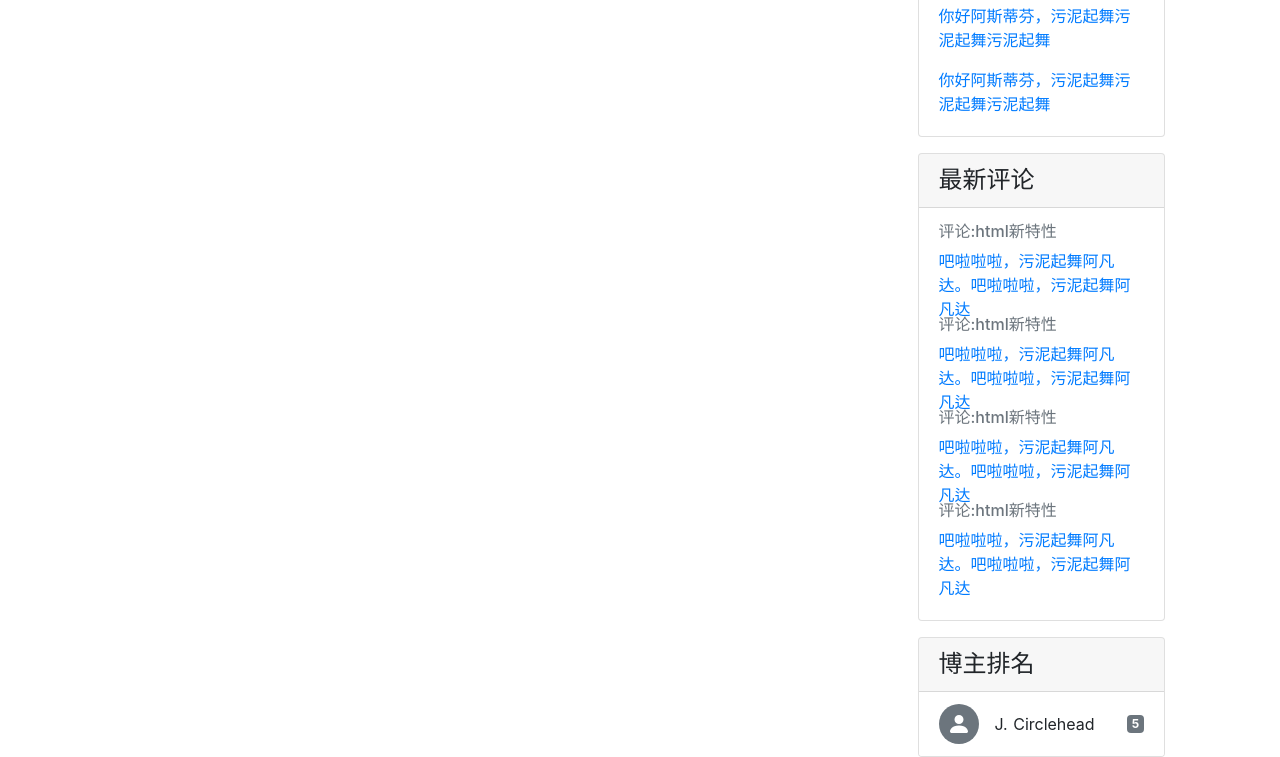
Repository: MTTTM/nuxt-xiaomatata
Page: /
These files come from the project's save history. The page is drawn as it stood at one moment and after the next save; the edit follows.
The browser window is 1280 px wide. The pictures show the part of the page from y = 879 to 1831 px (the page is 1636 px tall before and 1831 px after).
The project was rebuilt for these pictures with package versions that can differ from the ones it lists, and the page was loaded fresh each time. The framework's server and built-in components were replaced by stand-ins that run in the browser. Also part of the build but not shown: nuxt.config.js, components/Logo.vue, components/aboutMe.vue, components/articleListItem.vue, components/bloggerRanking.vue, components/carouselBox.vue, components/classifyList.vue, components/commentBox.vue and 7 more. Imported but missing from the stored project, and not drawn on this page: components/cmSpinner, mixins/scrollLoad.

Above is the page before, as saved 2021-04-10 12:09:22.

After the next save:
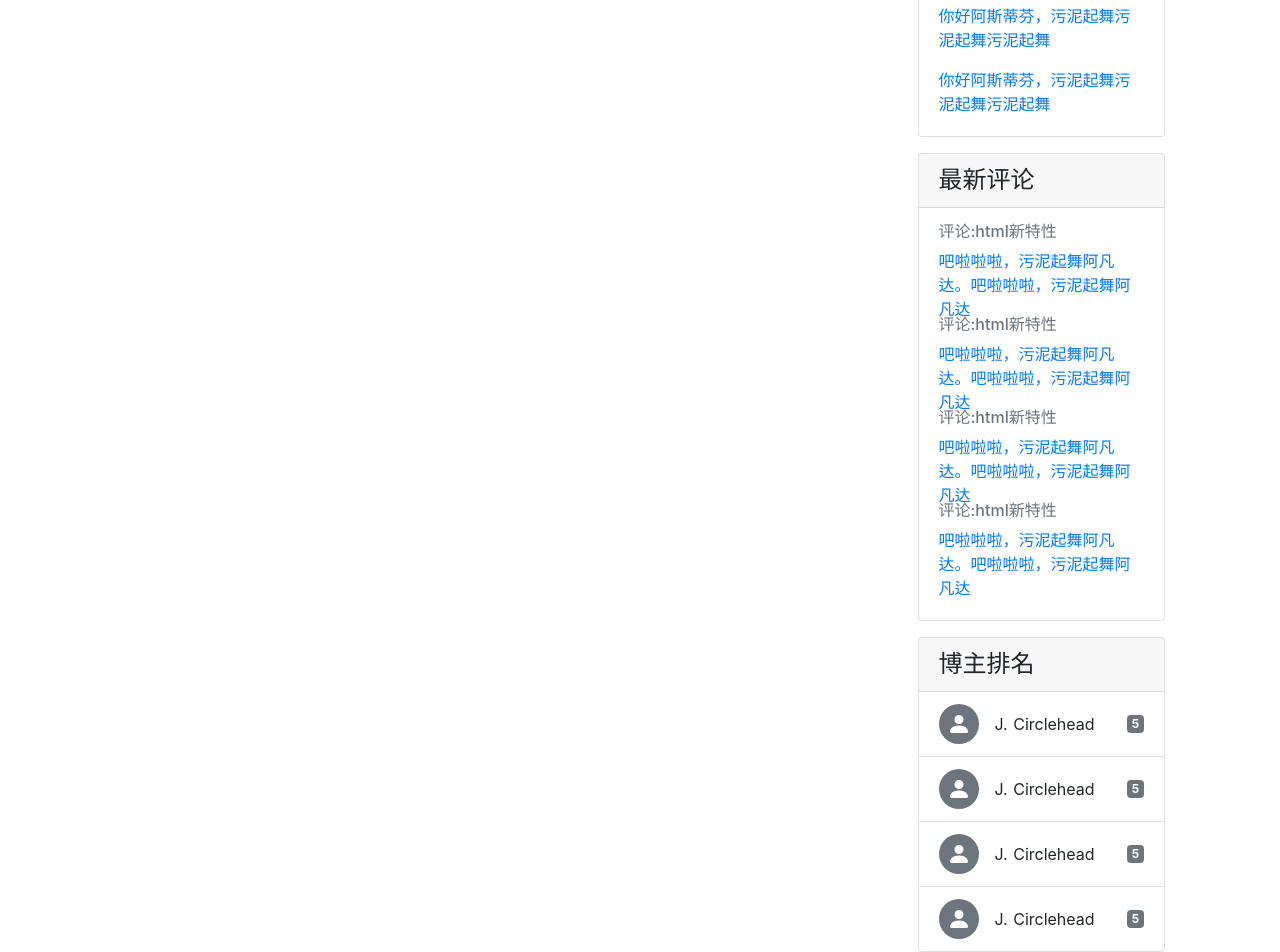
Saved 5 s later.
--- a/pages/index.vue
+++ b/pages/index.vue
@@ -141,6 +141,21 @@
                 <span class="mr-auto">J. Circlehead</span>
                 <b-badge>5</b-badge>
               </b-list-group-item>
+              <b-list-group-item class="d-flex align-items-center">
+                <b-avatar class="mr-3"></b-avatar>
+                <span class="mr-auto">J. Circlehead</span>
+                <b-badge>5</b-badge>
+              </b-list-group-item>
+              <b-list-group-item class="d-flex align-items-center">
+                <b-avatar class="mr-3"></b-avatar>
+                <span class="mr-auto">J. Circlehead</span>
+                <b-badge>5</b-badge>
+              </b-list-group-item>
+              <b-list-group-item class="d-flex align-items-center">
+                <b-avatar class="mr-3"></b-avatar>
+                <span class="mr-auto">J. Circlehead</span>
+                <b-badge>5</b-badge>
+              </b-list-group-item>
             </b-list-group>
           </b-card>
         </b-col>
